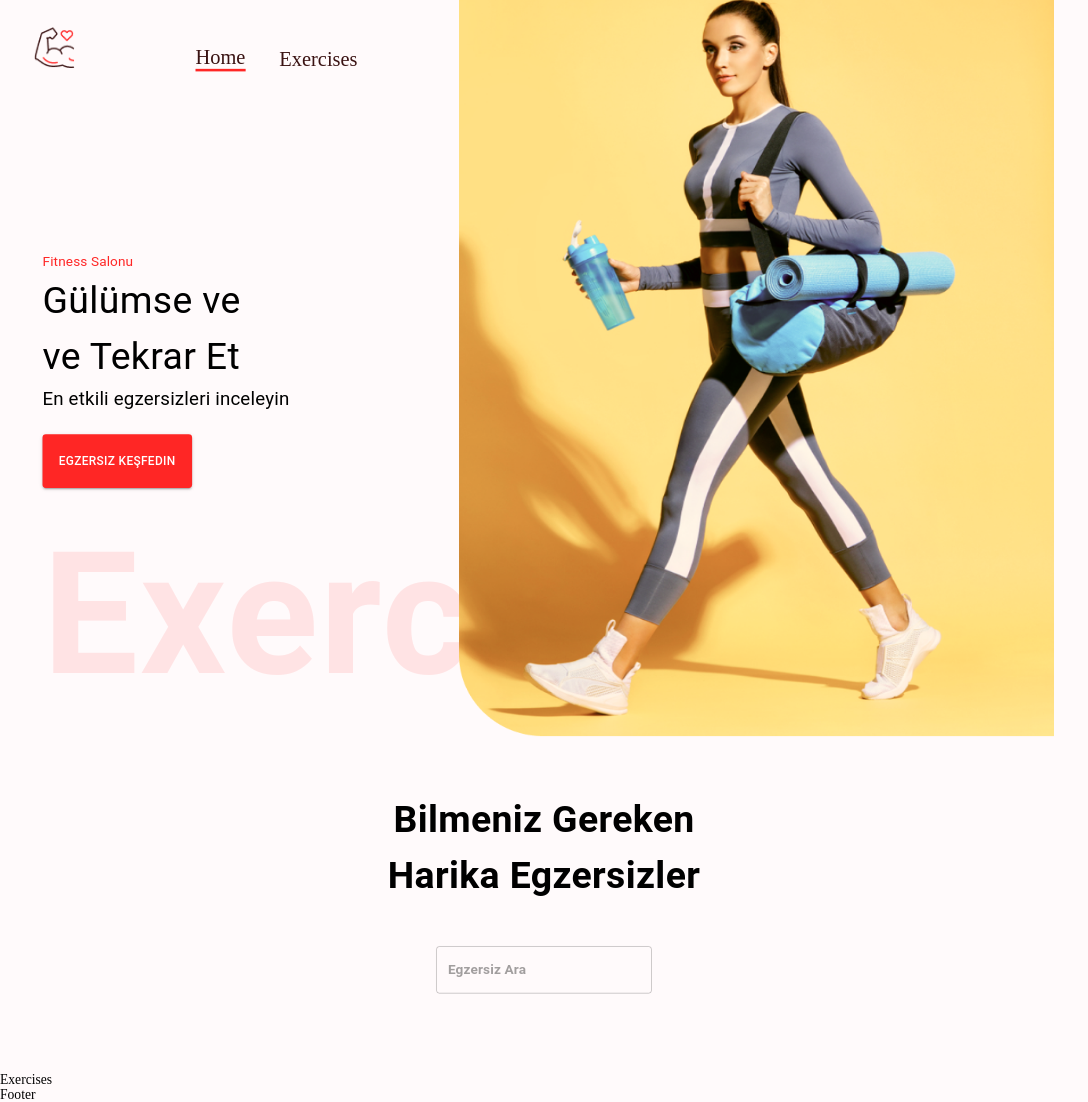
Repository: Kubraaygun/Gym_App
Page: /
The author's editor kept a copy of each file at every save. The page is drawn from the files as they stood at one save, then again after the next save.
The browser window is 1280 px wide. The pictures show the whole page, at 85% of full size.
The project was rebuilt for these pictures with package versions that can differ from the ones it lists, and the page was loaded fresh each time. Also part of the build but not shown: src/pages/ExerciseDetail.js.

Above is the page before, as saved 2025-01-25 17:36:58.

After the next save:
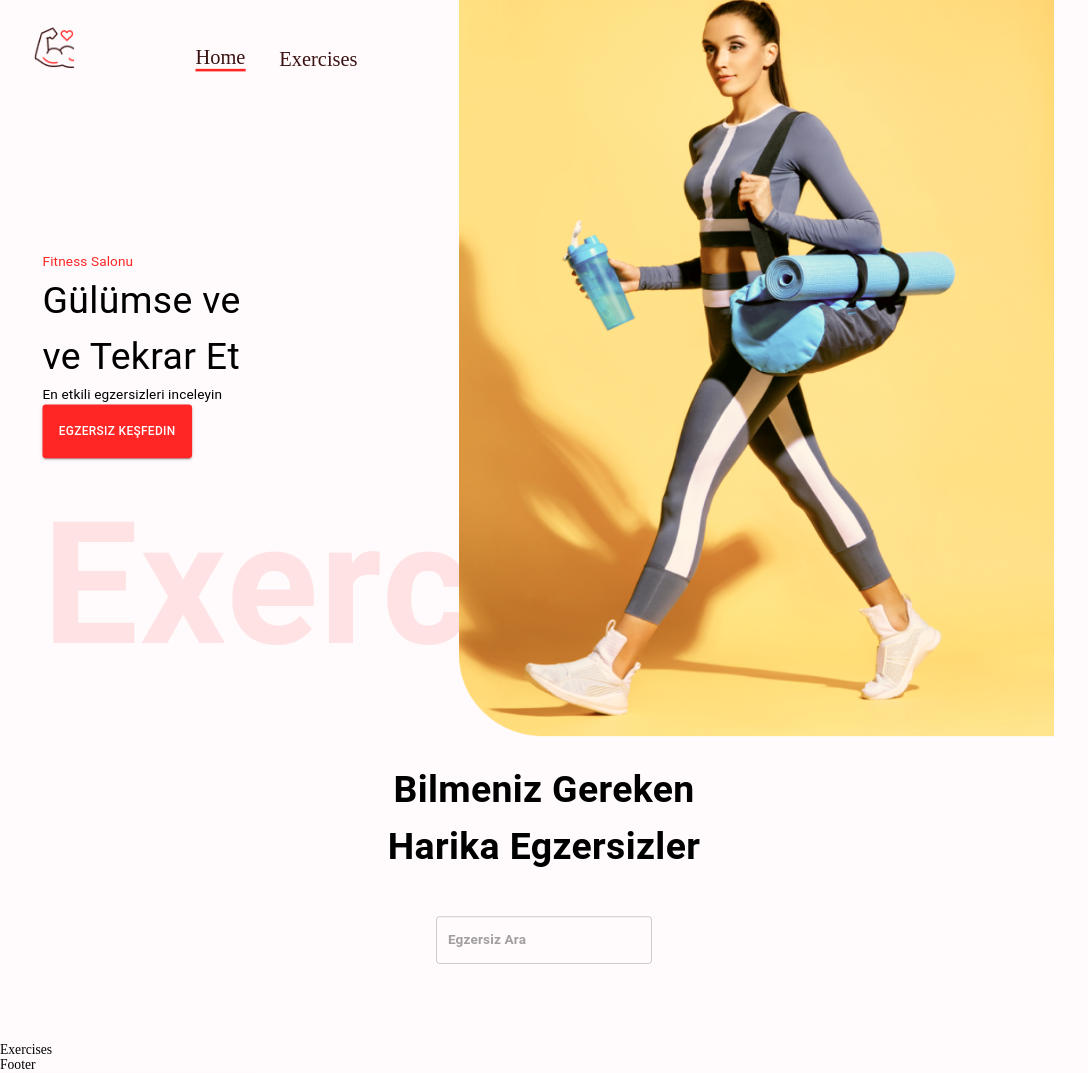
Saved 6 s later.
--- a/src/components/HeroBanner.js
+++ b/src/components/HeroBanner.js
@@ -16,12 +16,7 @@
       >
         Gülümse ve <br /> ve Tekrar Et
       </Typography>
-      <Typography
-        className="banner-subtitle"
-        fontSize="22px"
-        lineHeight="35px"
-        mb={3}
-      >
+      <Typography className="banner-subtitle">
         En etkili egzersizleri inceleyin
       </Typography>
       <Button

After the save that followed:
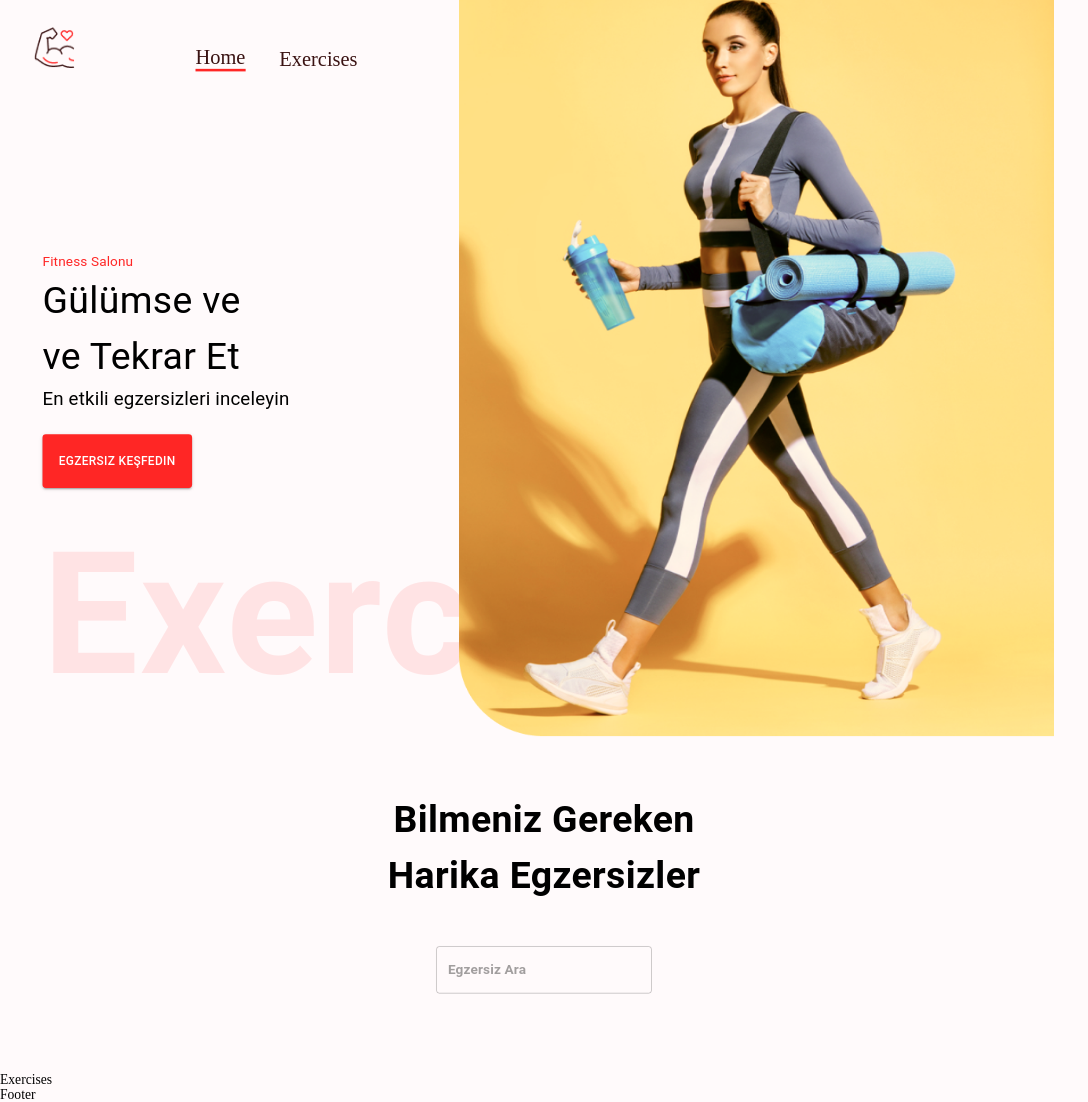
Saved 18 s later.
--- a/src/components/HeroBanner.js
+++ b/src/components/HeroBanner.js
@@ -16,7 +16,12 @@
       >
         Gülümse ve <br /> ve Tekrar Et
       </Typography>
-      <Typography className="banner-subtitle">
+      <Typography
+        className="banner-subtitle"
+        fontSize="22px"
+        lineHeight="35px"
+        mb={3}
+      >
         En etkili egzersizleri inceleyin
       </Typography>
       <Button
